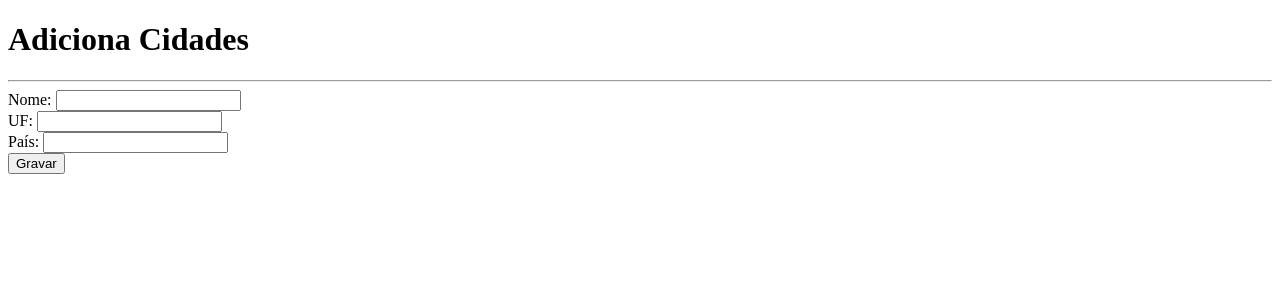
Repository: Maureci/forecast_workspace_project_fonts
Page: Forecast/WebContent/altera-cidade.html
These files come from the project's save history. The page is drawn as it stood at one moment and after the next save; the edit follows.
The browser window is 1280 px wide. The pictures show the whole page.

Above is the page before, as saved 2017-04-02 01:50:00.

### Forecast/WebContent/altera-cidade.html
<!DOCTYPE html>
<html>
<head>
<meta charset="ISO-8859-1">
<title>Forecast Cities</title>
</head>
<body>
	<body>
    <h1>Adiciona Cidades</h1>
    <hr />
    <form action="adicionaCidade" method="POST">
      Nome: <input type="text" name="nome" /><br />
      UF: <input type="text" name="uf" /><br />
      País: <input type="text" name="pais" /><br />

      <input type="submit" value="Gravar" />
    </form>
  </body>
</body>
</html>

After the next save:
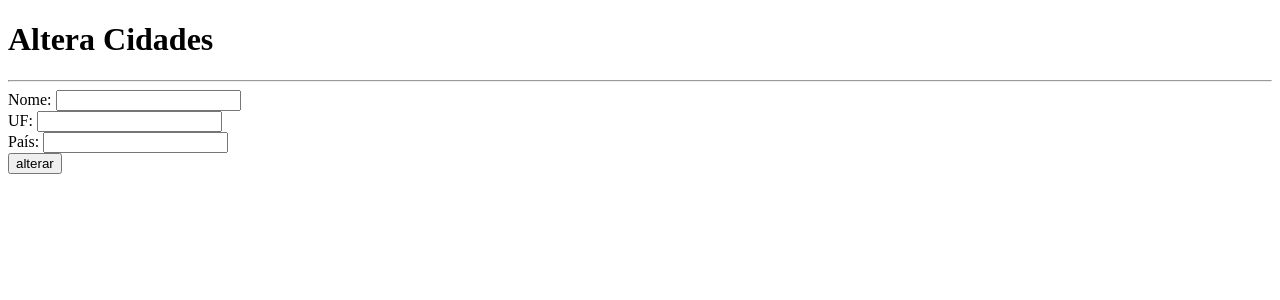
Saved 11 min 6 s later.
--- a/Forecast/WebContent/altera-cidade.html
+++ b/Forecast/WebContent/altera-cidade.html
@@ -6,14 +6,14 @@
 </head>
 <body>
 	<body>
-    <h1>Adiciona Cidades</h1>
+    <h1>Altera Cidades</h1>
     <hr />
-    <form action="adicionaCidade" method="POST">
+    <form action="alteraCidade" method="POST">
       Nome: <input type="text" name="nome" /><br />
       UF: <input type="text" name="uf" /><br />
       País: <input type="text" name="pais" /><br />
 
-      <input type="submit" value="Gravar" />
+      <input type="submit" value="alterar" />
     </form>
   </body>
 </body>
